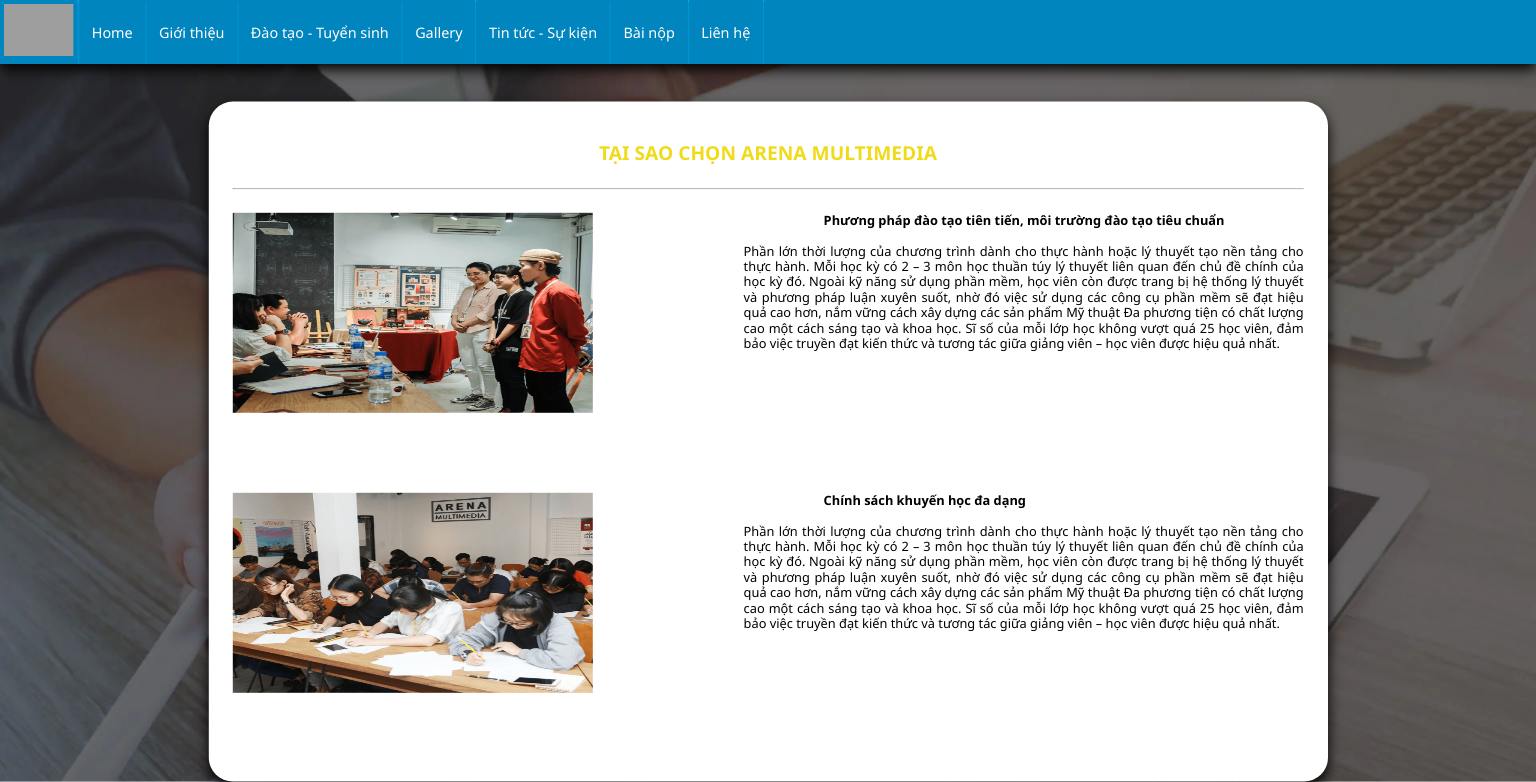
Repository: arena-dttan/dcw-final-exam-d2107m1
Page: final-list/DCW_Final_5_Nguyen-Thi-Thu-Huong_D2107M1/gioi-thieu.html
The author's editor kept a copy of each file at every save. The page is drawn from the files as they stood at one save, then again after a run of saves.
The browser window is 1280 px wide. The page is 1920 px wide, so the pictures cover 1920 px, including what lies to the right of the window. The pictures show the whole page, at 80% of full size.
Pictures or frames that could not be fetched are drawn as grey boxes.

Above is the page before, as saved 2022-06-26 15:38:16.

After the next 3 saves:
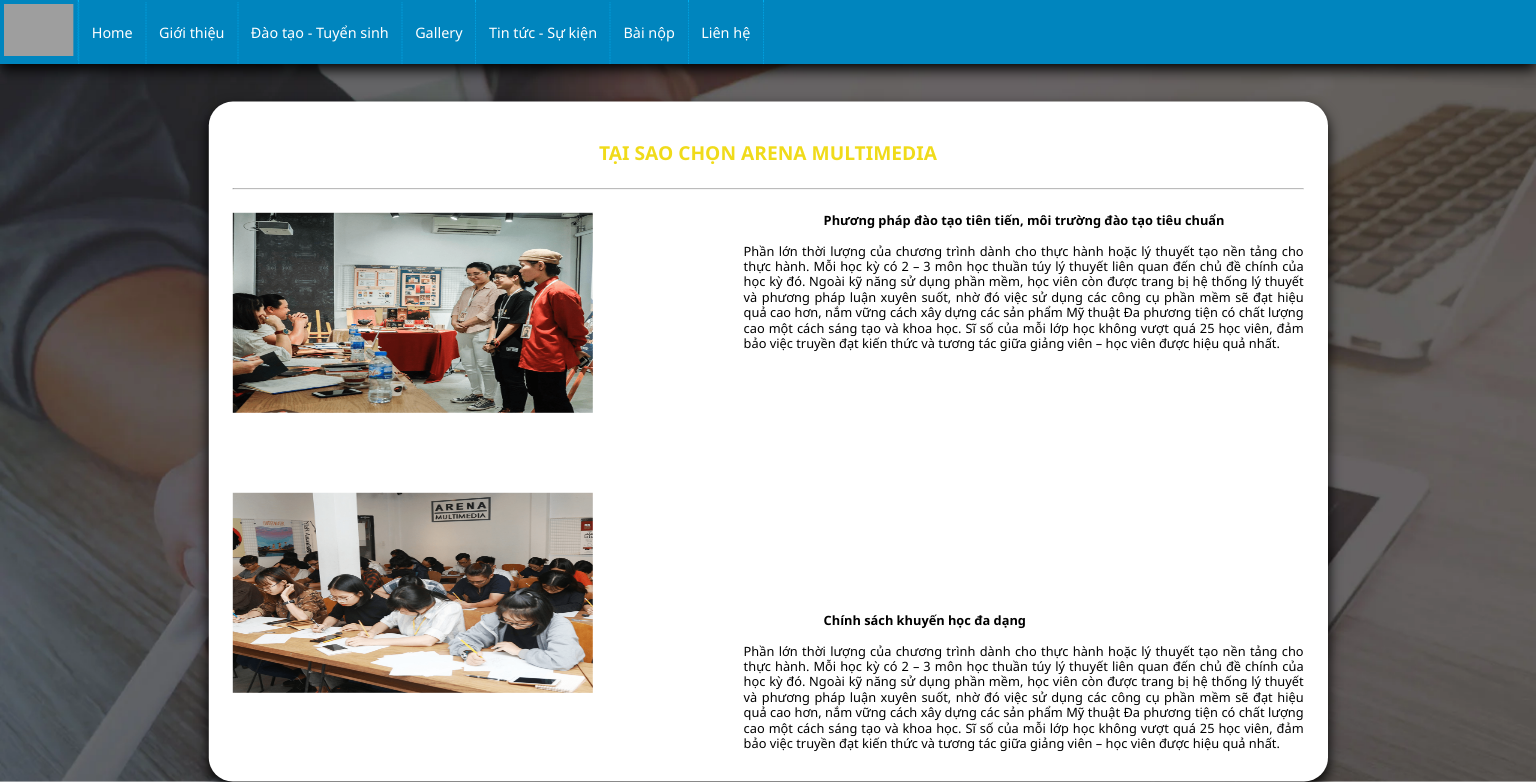
The 3 saves are shown as one change because they came seconds apart.
The last was saved 13 s later.
--- a/final-list/DCW_Final_5_Nguyen-Thi-Thu-Huong_D2107M1/gioi-thieu.html
+++ b/final-list/DCW_Final_5_Nguyen-Thi-Thu-Huong_D2107M1/gioi-thieu.html
@@ -81,7 +81,7 @@
                         Sĩ số của mỗi lớp học không vượt quá 25 học viên, đảm bảo việc truyền đạt
                         kiến thức và tương tác giữa giảng viên – học viên được hiệu quả nhất.</P>
                     </div>
-                        <P class="">
+                        <P class="text">
                         <b><span>Chính sách khuyến học đa dạng
                         </span></b>
                         <br>

After the save that followed:
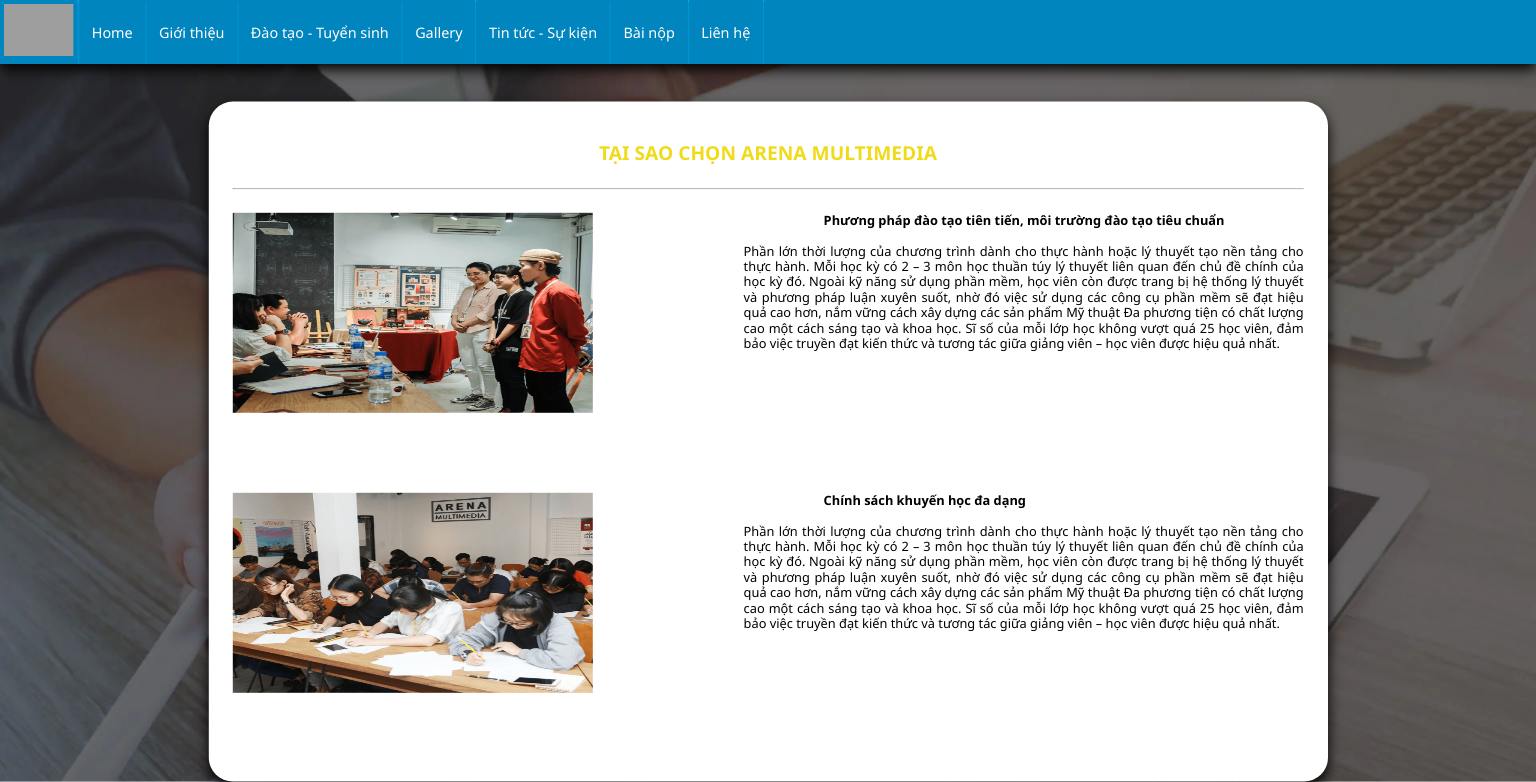
Saved 4 s later.
--- a/final-list/DCW_Final_5_Nguyen-Thi-Thu-Huong_D2107M1/gioi-thieu.html
+++ b/final-list/DCW_Final_5_Nguyen-Thi-Thu-Huong_D2107M1/gioi-thieu.html
@@ -81,7 +81,7 @@
                         Sĩ số của mỗi lớp học không vượt quá 25 học viên, đảm bảo việc truyền đạt
                         kiến thức và tương tác giữa giảng viên – học viên được hiệu quả nhất.</P>
                     </div>
-                        <P class="text">
+                        <P class="ptext">
                         <b><span>Chính sách khuyến học đa dạng
                         </span></b>
                         <br>
